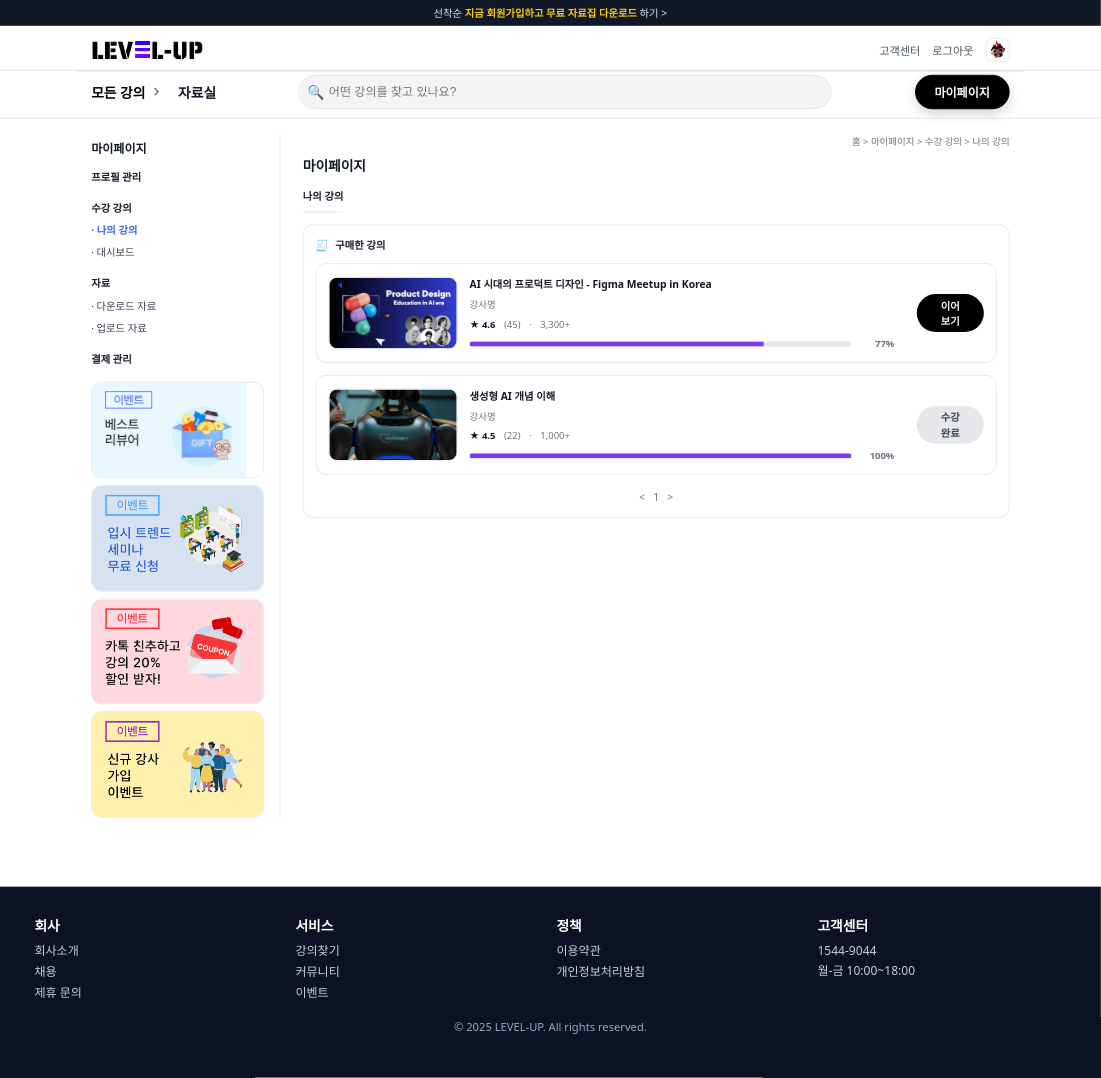
Repository: Iimchaehoon/level_up
Page: mypage.html
An editor plug-in stored every save of this project. The page is shown before and after the next save, followed by the edit.
The browser window is 1280 px wide. The pictures show the whole page, at 86% of full size.

Above is the page before, as saved 2025-12-16 23:25:21.

### mypage.html
<!doctype html>
<html lang="ko">
<head>
  <meta charset="UTF-8" />
  <meta name="viewport" content="width=device-width,initial-scale=1" />
  <title>마이페이지 | LEVEL-UP</title>

  <link rel="stylesheet" href="styles.css" />

  <style>
    :root{
      --gray-50:#f9fafb; --gray-100:#f3f4f6; --gray-200:#e5e7eb; --gray-300:#d1d5db;
      --gray-400:#9ca3af; --gray-500:#6b7280; --gray-600:#4b5563; --gray-700:#374151;
      --black:#111827; --primary:#2563eb;
    }
    *{ box-sizing:border-box; }
    body{ margin:0; font-family:"Noto Sans KR",system-ui,-apple-system,BlinkMacSystemFont,"Segoe UI",sans-serif; background:#fff; color:var(--black); }
    a{ color:inherit; text-decoration:none; }
    img{ max-width:100%; display:block; }
    button{ font-family:inherit; }

    /* ✅ 커서 */
    .brand,.nav-util,.menu-title,.profile-avatar,.mypage-btn{ cursor:pointer; }

    /* ───────── 상단 공지 ───────── */
    .topbar{ background:#111827; color:#e5e7eb; font-size:12px; text-align:center; padding:6px 16px; }
    .topbar strong{ color:#facc15; font-weight:600; }

    /* ───────── 헤더(네가 준 구조 그대로) ───────── */
    .header{ background:#fff; border-bottom:1px solid var(--gray-200); position:sticky; top:0; z-index:20; }
    .header-top{
      display:flex; align-items:center; justify-content:space-between;
      max-width:1100px; margin:0 auto; padding:8px 16px 4px;
    }
    .brand{ font-size:22px; font-weight:800; letter-spacing:-0.06em; }
    .brand__e{
      display:inline-block;
      background:linear-gradient(120deg,#7b5cff,#ff4bff);
      -webkit-background-clip:text; color:transparent;
    }
    .header-top__right{ display:flex; align-items:center; gap:14px; font-size:13px; }
    .nav-util{ color:var(--gray-600); }
    .profile-avatar{
      width:28px; height:28px; border-radius:8px; object-fit:cover; border:1px solid var(--gray-200);
    }

    .header-bottom{
      display:grid;
      grid-template-columns:auto minmax(260px,1fr) auto;
      align-items:center; gap:16px;
      max-width:1100px; margin:0 auto;
      padding:4px 16px 10px;
      border-top:1px solid rgba(148,163,184,.35);
    }
    .header-bottom__left{ display:flex; align-items:center; gap:16px; }
    .menu-title{
      background:none; border:none; padding:6px 0; font:inherit;
      font-weight:600; display:inline-flex; align-items:center; gap:4px;
    }
    .menu-title:hover{ color:var(--primary); }

    .header-bottom__center{ display:flex; justify-content:center; }
    .header-bottom__right{ display:flex; justify-content:flex-end; }

    .nav__search{ position:relative; max-width:620px; width:100%; }
    .nav__search input{
      width:100%;
      padding:11px 14px 11px 34px;
      border-radius:999px;
      border:1px solid var(--gray-200);
      background:var(--gray-100);
      font-size:14px;
    }
    .icon-search{
      position:absolute; left:10px; top:50%; transform:translateY(-50%);
      font-size:16px; color:var(--gray-600);
      cursor:default;
    }

    .menu-toggle-icon{
      width:18px; height:18px;
      background-image:url("./assets/Button_1.png");
      background-size:contain; background-repeat:no-repeat; background-position:center;
      transform:rotate(0deg);
      transform-origin:center;
      transition:transform .15s ease;
    }
    .menu-toggle-icon.open{ transform:rotate(90deg); }

    .btn{
      border-radius:12px;
      border:1px solid transparent;
      padding:10px 16px;
      font-weight:600;
      cursor:pointer;
      background:#fff;
      color:var(--black);
      transition:all .2s ease;
    }
    .btn.mypage-btn{
      border-radius:999px;
      background:#000;
      color:#fff;
      padding:9px 22px;
      font-size:14px;
      border:1px solid #000;
    }
/* ✅ 마이페이지 버튼: 은은한 입체감 + 자연스러운 hover/active */
.btn.mypage-btn{
  box-shadow: 0 6px 14px rgba(0,0,0,0.16);
  transition: background-color .18s ease, box-shadow .18s ease, transform .18s ease;
}

.btn.mypage-btn:hover{
  background: rgba(0,0,0,0.86);          /* 너무 밝게 안 바뀌게 */
  box-shadow: 0 8px 18px rgba(0,0,0,0.18);
  transform: translateY(-1px);           /* 아주 살짝만 */
}

.btn.mypage-btn:active{
  background: rgba(0,0,0,0.78);
  box-shadow: 0 4px 10px rgba(0,0,0,0.14);
  transform: translateY(1px);            /* 눌림 느낌 */
}
/* 마이페이지 버튼: 마우스 오버 시 포인터 */
.btn.mypage-btn{
  cursor: pointer;
}

    /* 드롭다운 */
    .nav-dropdown{
      display:none;
      position:absolute;
      top:0; left:0;
      background:#fff;
      border-radius:18px;
      box-shadow:0 20px 40px rgba(15,23,42,.18);
      padding:10px 0;
      min-width:260px;
      z-index:30;
    }
    .nav-dropdown__list{ list-style:none; margin:0; padding:0; }
    .nav-dropdown__item{
      display:flex; align-items:center; gap:10px;
      padding:8px 16px; font-size:14px; white-space:nowrap;
      cursor:pointer;
    }
    .nav-dropdown__item + .nav-dropdown__item{ border-top:1px solid var(--gray-200); }
    .nav-dropdown__item:hover{ background:var(--gray-50); }
    .nav-dropdown__icon{ width:22px; height:22px; object-fit:contain; }

    /* ───────── 마이페이지 레이아웃 ───────── */
    .mypage-wrap{
      max-width:1100px;
      margin:0 auto;
      padding:18px 16px 80px;
      display:grid;
      grid-template-columns:220px 1fr;
      gap:26px;
    }
    .side{ border-right:1px solid var(--gray-200); padding-right:18px; }
    .side__title{ font-size:14px; font-weight:900; margin:6px 0 14px; }
    .side__group{ margin-bottom:18px; }
    .side__group h4{ margin:0 0 8px; font-size:12px; font-weight:900; color:var(--black); }
    .side__links{ display:flex; flex-direction:column; gap:8px; font-size:12px; }
    .side__links a{ color:var(--gray-700); }
    .side__links a.active{ color:var(--primary); font-weight:900; }

    /* ✅ 광고(lecture/img5~img8) — 꽉 차게 */
    .side__cards    {
      margin-top: 5px;
      display: flex;
      flex-direction: column;
      gap: 8px;
    }

    .sidebar-events img {
      border-radius: 4px;
      cursor: pointer;
    }
    .evt{width: 100%; border:1px solid var(--gray-200); border-radius:12px; overflow:hidden; background:#fff; }
    .evt__badge{
      display:inline-block;
      font-size:10px; font-weight:900;
      background:#dbeafe; color:var(--primary);
      border-radius:999px;
      margin:10px 10px 0;
    }


    .main__crumb{ font-size:11px; color:var(--gray-500); text-align:right; margin:0 0 8px; }
    .main__title{ font-size:16px; font-weight:900; margin:6px 0 14px; }
    .tab-title{
      font-size:12px; font-weight:900;
      margin:0 0 14px; padding-bottom:10px;
      border-bottom:1px solid var(--gray-200);
      width:fit-content;
    }
    .block{ border:1px solid var(--gray-200); border-radius:12px; padding:14px; background:#fff; }
    .block__head{ display:flex; align-items:center; gap:8px; font-size:12px; font-weight:900; margin-bottom:12px; }

    .course-list{ display:flex; flex-direction:column; gap:14px; }
    .course-card{
      border:1px solid var(--gray-200);
      border-radius:12px;
      padding:14px;
      display:grid;
      grid-template-columns:150px 1fr 90px;
      gap:14px;
      align-items:center;
      background:#fff;
    }
    .course-thumb{
      width:150px; height:84px;
      border-radius:10px; overflow:hidden;
      border:1px solid var(--gray-200);
      background:var(--gray-100);
    }
    .course-thumb img{ width:100%; height:100%; object-fit:cover; }
    .course-info .course-name{ font-size:12px; font-weight:900; margin:0 0 6px; }
    .course-info .teacher{ font-size:11px; color:var(--gray-500); margin:0 0 8px; }
    .meta-row{ display:flex; align-items:center; gap:10px; font-size:11px; color:var(--gray-500); margin-bottom:8px; }
    .stars{ color:var(--black); font-weight:900; }
    .progress-row{ display:flex; align-items:center; gap:10px; }
    .progress{ flex:1; height:6px; background:var(--gray-200); border-radius:999px; overflow:hidden; }
    .progress > span{ display:block; height:100%; background:#7c3aed; }
    .pct{ font-size:11px; color:var(--gray-500); width:40px; text-align:right; font-weight:900; }
    .course-action{ display:flex; justify-content:flex-end; }
    .btn-action{
      width:78px; height:44px;
      border-radius:999px; border:none;
      cursor:pointer; font-size:12px; font-weight:900;
    }
    .btn-action.black{ background:#000; color:#fff; }
    .btn-action.gray{ background:var(--gray-200); color:var(--gray-700); }
    .pager{ margin-top:18px; text-align:center; font-size:12px; color:var(--gray-500); user-select:none; }

    @media (max-width: 980px){
      .mypage-wrap{ grid-template-columns:1fr; }
      .side{ border-right:none; padding-right:0; }
      .course-card{ grid-template-columns:120px 1fr; grid-template-rows:auto auto; }
      .course-action{ grid-column:1 / -1; justify-content:flex-end; }
      .course-thumb{ width:120px; height:72px; }
    }
    /* ✅ 구매한 강의 카드: hover/active 효과 + 클릭 커서 */
.course-card{
  cursor: pointer;
  transition: transform .18s ease, box-shadow .18s ease, border-color .18s ease;
}
.course-card:hover{
  transform: translateY(-3px);
  box-shadow: 0 12px 24px rgba(15,23,42,.08);
  border-color: var(--gray-300);
}
.course-card:active{
  transform: translateY(-1px);
}

/* 카드 안 버튼은 카드 클릭과 분리 */
.course-card .btn-action{ cursor: pointer; }
/* 구매한 강의 카드: 기본 */
.course-card{
  cursor: pointer;
}

/* hover는 기존 유지 */

/* ✅ 클릭(active) 시 파란 아웃라인만 */
.course-card:active{
  outline: 2px solid var(--primary);
  outline-offset: -2px;
}
.footer {
  background: #0c1224;
  color: #c7cee1;
  padding: 32px 24px 50px;
}

.footer__links {
  max-width: 1200px;
  margin: 0 auto 18px;
  display: grid;
  grid-template-columns: repeat(auto-fit, minmax(180px, 1fr));
  gap: 14px;
}

.footer h4 {
  margin: 0 0 8px;
  color: #ffffff;
}

.footer a {
  display: block;
  margin: 4px 0;
  font-size: 14px;
}

.footer__copy {
  margin: 0;
  text-align: center;
  font-size: 13px;
  color: #9ca6c7;
}
  </style>
</head>

<body>
  <div class="topbar">
    선착순 <strong>지금 회원가입하고 무료 자료집 다운로드</strong> 하기 &gt;
  </div>

  <!-- ✅ 헤더: 네가 준 구조 그대로 -->
  <header class="header">
    <div class="header-top">
      <div class="header-top__left">
         <a href="index.html" class="brand" id="brandLogo">
  <img src="./assets/top_logo.png" alt="LEVEL-UP" width="130" height="40">
</a>

      </div>
      <div class="header-top__right header-top__right--authed">
        <span class="nav-util">고객센터</span>
        <span class="nav-util">로그아웃</span>
        <img class="profile-avatar" src="./assets/ddd_thumbnail.png" alt="프로필" />
      </div>
    </div>

    <div class="header-bottom">
      <div class="header-bottom__left">
        <button class="menu-title has-dropdown" id="allLecturesBtn" type="button">
          <span>모든 강의</span>
          <span class="menu-toggle-icon" id="menuToggleIcon" aria-hidden="true"></span>
        </button>
        <a class="menu-title" href="./board_free.html">자료실</a>
      </div>

      <div class="header-bottom__center">
        <div class="nav__search">
          <span class="icon-search">🔍</span>
          <input type="text" placeholder="어떤 강의를 찾고 있나요?" />
        </div>
      </div>

      <div class="header-bottom__right">
        <button class="btn mypage-btn" type="button" data-nav="mypage">마이페이지</button>
      </div>
    </div>

    <div class="nav-dropdown" id="navDropdown">
      <ul class="nav-dropdown__list">
        <li class="nav-dropdown__item js-go-ai-basic">
          <img src="./assets/9342101 1.png" alt="" class="nav-dropdown__icon" />
          <span>AI 기초 이해 · 리터러시</span>
        </li>
        <li class="nav-dropdown__item">
          <img src="./assets/9a04e59f-39b9-42de-9d05-d933becf10b4 1.png" alt="" class="nav-dropdown__icon" />
          <span>업무 효율 향상</span>
        </li>
        <li class="nav-dropdown__item">
          <img src="./assets/son-eul-jabgo-huinsaeg-baegyeong-3d-geulim-e-keullibbodeue-chekeuliseuteu-sincheongseo-munseo-jagseong (1) 1.png" alt="" class="nav-dropdown__icon" />
          <span>교육 자료 제작</span>
        </li>
        <li class="nav-dropdown__item">
          <img src="./assets/9731562 1.png" alt="" class="nav-dropdown__icon" />
          <span>원생 관리</span>
        </li>
        <li class="nav-dropdown__item">
          <img src="./assets/10316159 1.png" alt="" class="nav-dropdown__icon" />
          <span>상담 업무</span>
        </li>
        <li class="nav-dropdown__item">
          <img src="./assets/63624731-5ef5-4ba4-8c7f-82a551538336 1.png" alt="" class="nav-dropdown__icon" />
          <span>강의 기획 · 교육 설계</span>
        </li>
        <li class="nav-dropdown__item">
          <img src="./assets/9d016f34-375d-4ba7-8c87-c7b0c5c7740b 1.png" alt="" class="nav-dropdown__icon" />
          <span>강의 홍보 · 피드백</span>
        </li>
        <li class="nav-dropdown__item">
          <img src="./assets/04f8dee7-4018-491e-96a9-dbf9a50d942b 1.png" alt="" class="nav-dropdown__icon" />
          <span>자료 · 로고 디자인</span>
        </li>
        <li class="nav-dropdown__item">
          <img src="./assets/11591525 1.png" alt="" class="nav-dropdown__icon" />
          <span>창업 · 수익화</span>
        </li>
      </ul>
    </div>
  </header>

  <main class="mypage-wrap">
    <aside class="side">
      <div class="side__title">마이페이지</div>

      <div class="side__group"><h4>프로필 관리</h4></div>

      <div class="side__group">
        <h4>수강 강의</h4>
        <div class="side__links">
          <a href="#" class="active">· 나의 강의</a>
          <a href="#">· 대시보드</a>
        </div>
      </div>

      <div class="side__group">
        <h4>자료</h4>
        <div class="side__links">
          <a href="#">· 다운로드 자료</a>
          <a href="#">· 업로드 자료</a>
        </div>
      </div>

      <div class="side__group"><h4>결제 관리</h4></div>

      <!-- ✅ 광고: 네가 말한 lecture 폴더 기준(img5~img8) -->
      <div class="side__cards">
        <div class="evt"><img src="./lecture/img5.png" alt="이벤트 1" /></div>
        <div class="evt"><img src="./lecture/img6.png" alt="이벤트 2" /></div>
        <div class="evt"><img src="./lecture/img7.png" alt="이벤트 3" /></div>
        <div class="evt"><img src="./lecture/img8.png" alt="이벤트 4" /></div>
      </div>
    </aside>

    <section class="main">
      <div class="main__crumb">홈 &gt; 마이페이지 &gt; 수강 강의 &gt; 나의 강의</div>

      <div class="main__title">마이페이지</div>
      <div class="tab-title">나의 강의</div>

      <div class="block">
        <div class="block__head"><span aria-hidden="true">🧾</span> 구매한 강의</div>

        <div class="course-list">
          <div class="course-card">
            <div class="course-thumb"><img src="./my/334312.gif.mp4.png" alt="강의 썸네일" /></div>
            <div class="course-info">
              <p class="course-name">AI 시대의 프로덕트 디자인 - Figma Meetup in Korea</p>
              <p class="teacher">강사명</p>
              <div class="meta-row"><span class="stars">★ 4.6</span><span>(45)</span><span>·</span><span>3,300+</span></div>
              <div class="progress-row">
                <div class="progress"><span style="width:77%"></span></div>
                <div class="pct">77%</div>
              </div>
            </div>
            <div class="course-action"><button class="btn-action black" type="button">이어<br/>보기</button></div>
          </div>

          <div class="course-card">
            <div class="course-thumb"><img src="./my/생성형 AI 개념 이해.png" alt="강의 썸네일" /></div>
            <div class="course-info">
              <p class="course-name">생성형 AI 개념 이해</p>
              <p class="teacher">강사명</p>
              <div class="meta-row"><span class="stars">★ 4.5</span><span>(22)</span><span>·</span><span>1,000+</span></div>
              <div class="progress-row">
                <div class="progress"><span style="width:100%"></span></div>
                <div class="pct">100%</div>
              </div>
            </div>
            <div class="course-action"><button class="btn-action gray" type="button">수강<br/>완료</button></div>
          </div>
        </div>

        <div class="pager">&lt; &nbsp; 1 &nbsp; &gt;</div>
      </div>
    </section>
  </main>
<footer class="footer">
    <div class="footer__links">
      <div>
        <h4>회사</h4>
        <a href="#">회사소개</a>
        <a href="#">채용</a>
        <a href="#">제휴 문의</a>
      </div>
      <div>
        <h4>서비스</h4>
        <a href="#">강의찾기</a>
        <a href="#">커뮤니티</a>
        <a href="#">이벤트</a>
      </div>
      <div>
        <h4>정책</h4>
        <a href="#">이용약관</a>
        <a href="#">개인정보처리방침</a>
      </div>
      <div>
        <h4>고객센터</h4>
        <a href="tel:1544-9044">1544-9044</a>
        <a href="#">월-금 10:00~18:00</a>
      </div>
    </div>
    <p class="footer__copy">© 2025 LEVEL-UP. All rights reserved.</p>
  </footer>

  <script defer src="./js/nav.js"></script>
  <script>
    // ✅ 마이페이지 버튼 공통 이동
    document.addEventListener("click", (e) => {
      const btn = e.target.closest('[data-nav="mypage"]');
      if (!btn) return;
      window.location.href = "mypage.html";
    });

    // ✅ "모든 강의" 드롭다운
    const allLecturesBtn = document.getElementById("allLecturesBtn");
    const navDropdown = document.getElementById("navDropdown");
    const menuToggleIcon = document.getElementById("menuToggleIcon");
    let open = false;

    allLecturesBtn?.addEventListener("click", (e) => {
      e.stopPropagation();
      open = !open;
      navDropdown.style.display = open ? "block" : "none";
      menuToggleIcon.classList.toggle("open", open);

      // 헤더 아래줄 기준으로 드롭다운 위치 맞춤
      const rect = allLecturesBtn.getBoundingClientRect();
      navDropdown.style.top = (rect.bottom + window.scrollY + 6) + "px";
      navDropdown.style.left = (rect.left + window.scrollX) + "px";
    });

    document.addEventListener("click", (e) => {
      if (!open) return;
      if (!navDropdown.contains(e.target) && !allLecturesBtn.contains(e.target)) {
        open = false;
        navDropdown.style.display = "none";
        menuToggleIcon.classList.remove("open");
      }
    });
    document.querySelector(".js-go-ai-basic")?.addEventListener("click", () => {
  window.location.href = "lecture_ai_basic.html";
});
// ✅ 구매한 강의 카드 클릭 → 나의강의 페이지로 이동
// (원하는 파일명으로 바꿔: my_lecture.html / mycourse.html 등)
const MY_LECTURE_URL = "./my_lecture.html";

document.querySelectorAll(".course-card").forEach((card) => {
  card.addEventListener("click", () => {
    window.location.href = MY_LECTURE_URL;
  });
});

// ✅ 카드 안 버튼(이어보기/수강완료) 눌렀을 때도 동일 이동(원하면 제거 가능)
document.querySelectorAll(".course-card .btn-action").forEach((btn) => {
  btn.addEventListener("click", (e) => {
    e.stopPropagation();
    window.location.href = MY_LECTURE_URL;
  });
});

  </script>
</body>
</html>

Loaded but not shown: js/nav.js (8 lines, source omitted); styles.css (3355 lines, source omitted)

After the next save:
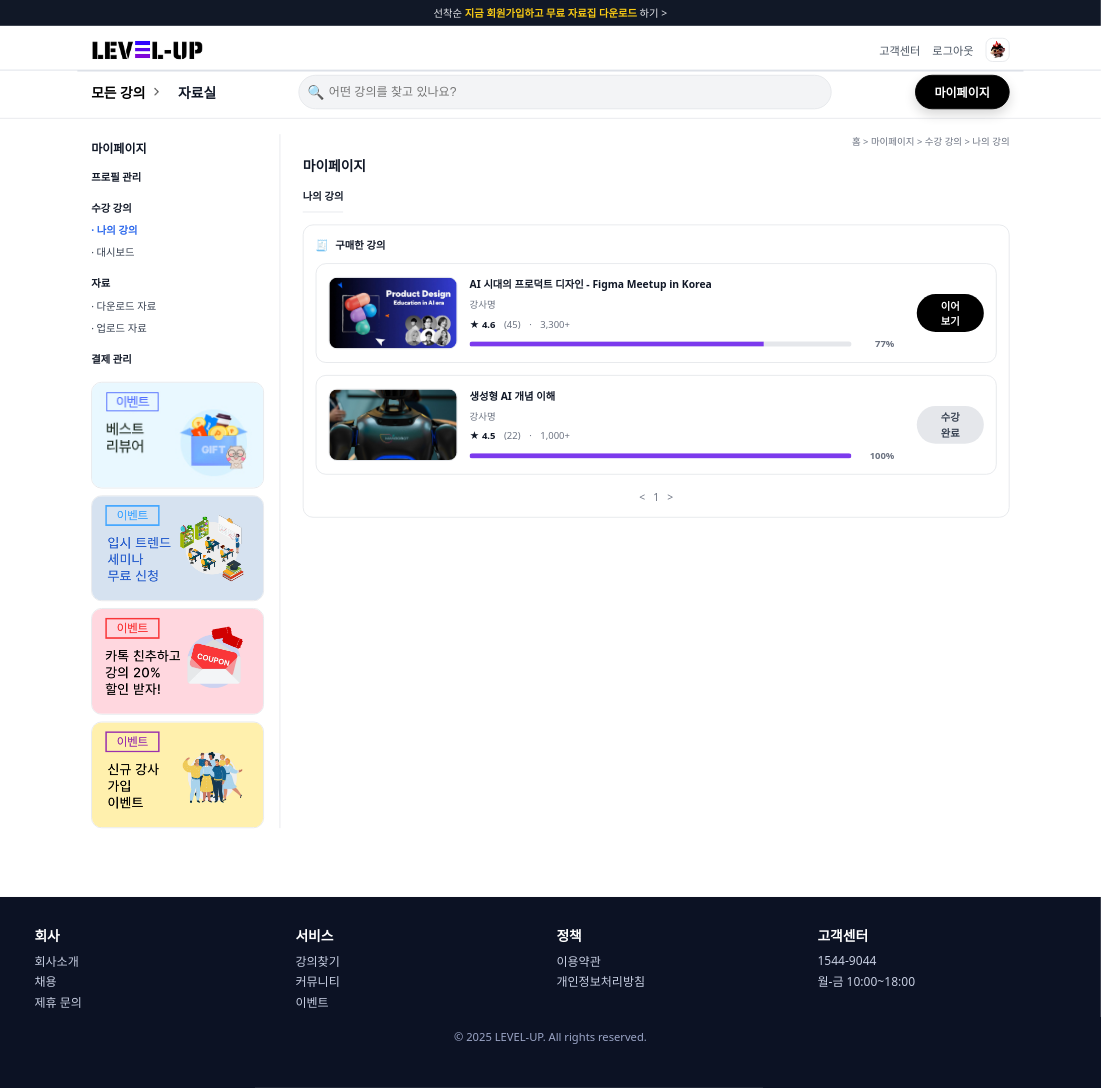
Saved 40 s later.
--- a/mypage.html
+++ b/mypage.html
@@ -186,7 +186,9 @@
       border-radius:999px;
       margin:10px 10px 0;
     }
-
+    .evt img{
+      width: 100%;
+    }
 
     .main__crumb{ font-size:11px; color:var(--gray-500); text-align:right; margin:0 0 8px; }
     .main__title{ font-size:16px; font-weight:900; margin:6px 0 14px; }
